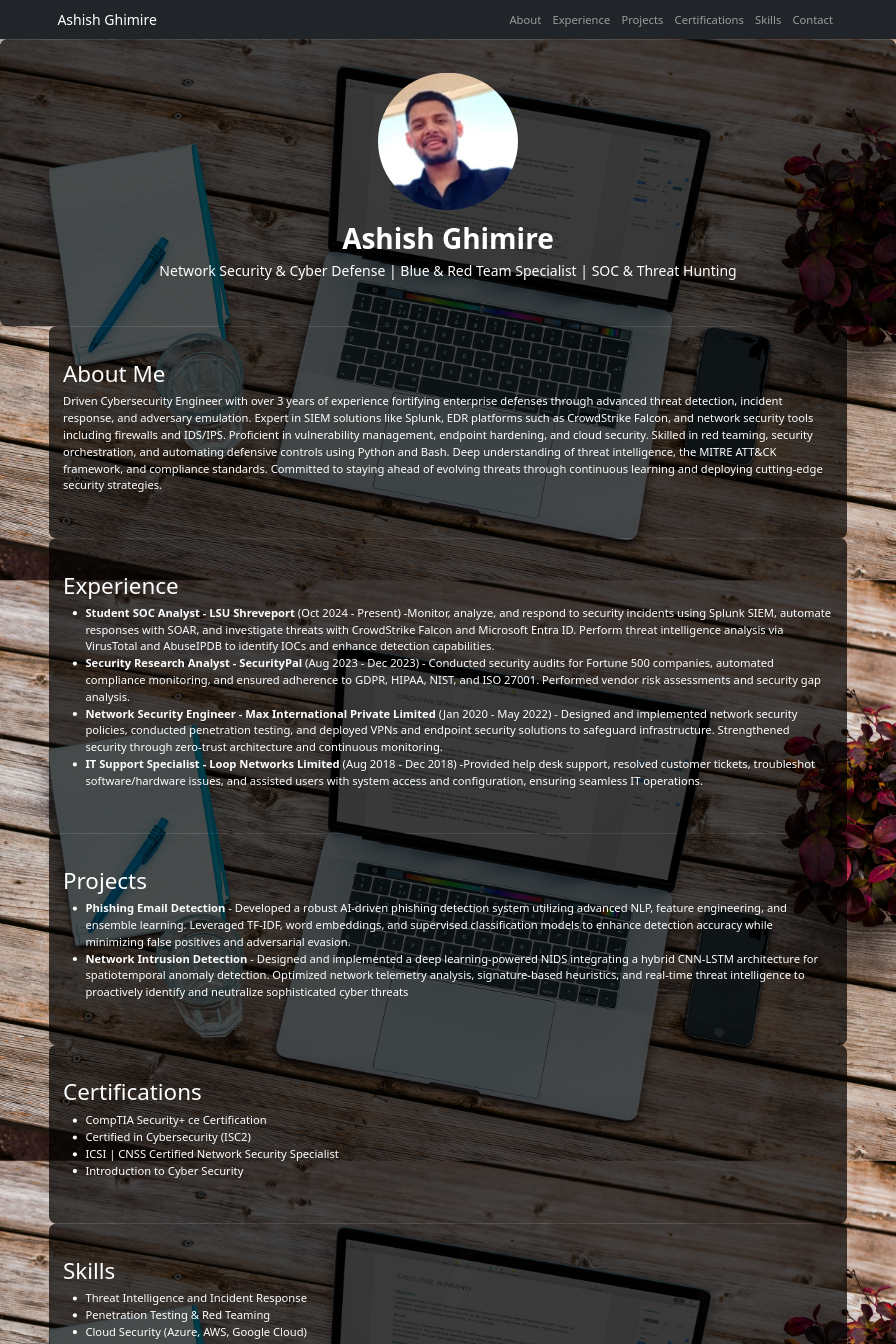
Repository: NetworkNinja11/ashishghimire.github.io
Page: index.html
An editor plug-in stored every save of this project. The page is shown before and after the next save, followed by the edit.
The browser window is 1280 px wide. The pictures show the part of the page from y = 0 to 1920 px (the page is 2753 px tall), at 70% of full size.
Backgrounds fixed to the window are drawn as part of the page.

Above is the page before, as saved 2025-03-11 01:29:10.
Not found: styles.css

After the next save:
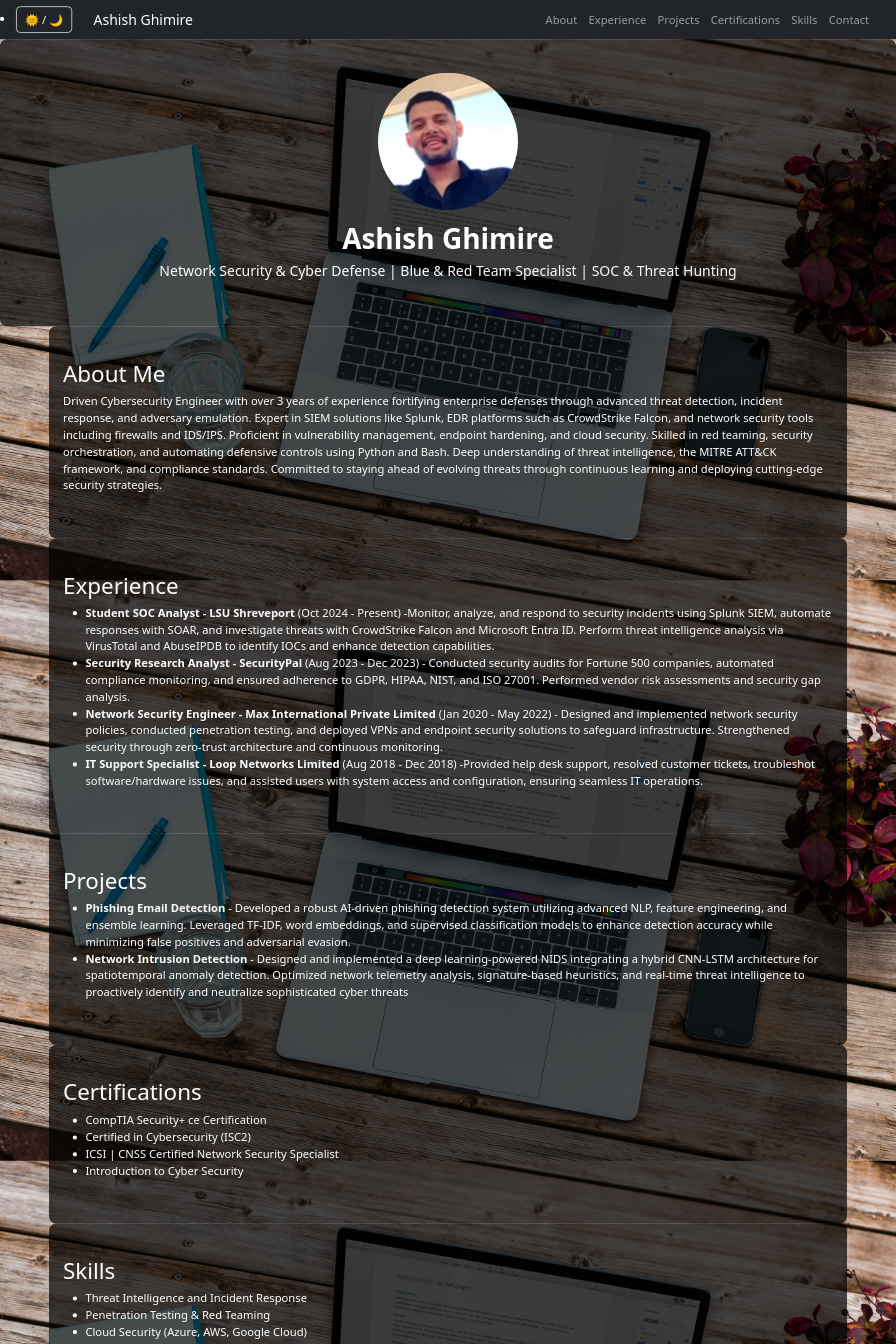
Saved 30 min 50 s later.
--- a/index.html
+++ b/index.html
@@ -21,7 +21,9 @@
     </style>
 </head>
 <body>
-    <nav class="navbar navbar-dark bg-dark navbar-expand-lg">
+    <nav class="navbar navbar-dark bg-dark navbar-expand-lg"><li class="nav-item">
+        <button id="theme-toggle" class="btn btn-outline-light">🌞 / 🌙</button>
+    </li>
         <div class="container">
             <a class="navbar-brand" href="#">Ashish Ghimire</a>
             <button class="navbar-toggler" type="button" data-bs-toggle="collapse" data-bs-target="#navbarNav">
